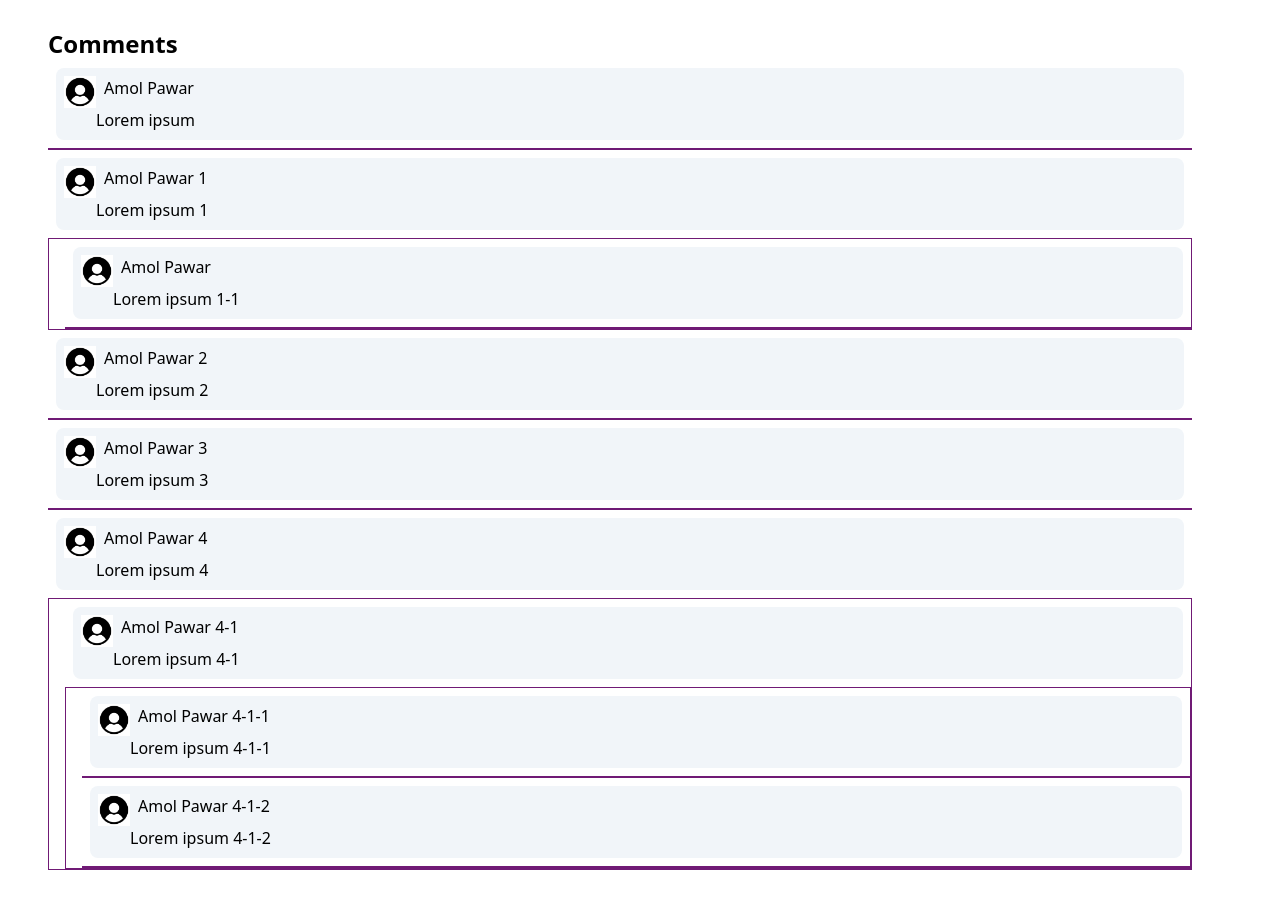
Repository: AmolPawar7181/namaste-youtube
Page: /watch
The author's editor kept a copy of each file at every save. The page is drawn from the files as they stood at one save, then again after the next save.
The browser window is 1280 px wide. The pictures show the part of the page from y = 574 to 1472 px (the page is 1472 px tall).
The project was rebuilt for these pictures with package versions that can differ from the ones it lists, and the page was loaded fresh each time. Also part of the build but not shown: vite.config.ts, src/components/Button.tsx, src/components/ButtonList.tsx, src/components/VideoCard.tsx, src/components/VideoContainer.tsx, src/components/MainContainer.tsx.

Above is the page before, as saved 2023-03-27 16:31:05.

### index.html
<!DOCTYPE html>
<html lang="en">
	<head>
		<meta charset="UTF-8" />
		<link rel="icon" type="image/svg+xml" href="/vite.svg" />
		<meta name="viewport" content="width=device-width, initial-scale=1.0" />
		<title>Youtube</title>
	</head>
	<body>
		<div id="root"></div>
		<script type="module" src="/src/main.tsx"></script>
	</body>
</html>

### src/App.tsx
import {Provider} from 'react-redux';
import {createBrowserRouter, RouterProvider} from 'react-router-dom';
import Body from './components/Body';
import Head from './components/Head';
import MainContainer from './components/MainContainer';
import SideBar from './components/SideBar';
import Watch from './components/Watch';
import './index.css';
import store from './utils/store';

const appRouter = createBrowserRouter([
	{
		path: '/',
		element: <Body />,
		children: [
			{
				path: '/',
				element: <MainContainer />,
			},
			{
				path: '/watch',
				element: <Watch />,
			},
		],
	},
]);

function App() {
	return (
		<Provider store={store}>
			<Head />
			<RouterProvider router={appRouter} />
		</Provider>
	);
}

export default App;

### src/components/Body.tsx
import {Outlet} from 'react-router-dom';
import SideBar from './SideBar';

const Body = () => {
	return (
		<div className='flex'>
			<SideBar />
			<Outlet />
		</div>
	);
};

export default Body;

### src/components/Head.tsx
import {useEffect, useState} from 'react';
import {useSelector} from 'react-redux';
import {useDispatch} from 'react-redux';
import useDebounce from '../hooks/useDebounce';
import {toggleMenu} from '../utils/appSlice';
import {YOUTUBE_SEARCH_API} from '../utils/Constants';
import {cacheResults} from '../utils/searchSlice';
import {RootState} from '../utils/types';

const Head = () => {
	const dispatch = useDispatch();
	const toggleMenuHandler = () => {
		dispatch(toggleMenu());
	};
	const searchCache = useSelector((store: RootState) => store.search);
	//console.log('searchCache ', searchCache);

	const [searchQuery, setSearchQuery] = useState('');
	const [searchSuggetions, setSearchSuggetions] = useState([]);
	const [showSuggetions, setShowSuggetions] = useState(false);
	const getSearchSuggetions = async () => {
		// if there is any value in searchQuery
		if (searchQuery) {
			// return results from cahce if we have results in cache
			if (searchCache[searchQuery]) {
				setSearchSuggetions(searchCache[searchQuery]);
				return;
			}
			// else make an API call
			const data = await fetch(YOUTUBE_SEARCH_API + searchQuery);
			const json = await data.json();
			setSearchSuggetions(json[1]);
			dispatch(cacheResults({[searchQuery]: json[1]}));
		}
	};

	useDebounce(searchQuery, 200, getSearchSuggetions);

	return (
		<div className='grid grid-flow-col p-2 m-2 shadow-lg'>
			<div className='flex col-span-1 cursor-pointer'>
				<img
					onClick={() => toggleMenuHandler()}
					className='h-8'
					src='data:[embedded picture, 558 characters]'
					alt='menu'
				/>
				<img
					className='h-10 mx-2'
					src='data:[embedded picture, 4610 characters]'
					alt='Youtube'
				/>
			</div>
			<div className='col-span-10 px-10'>
				<input
					className='px-5 w-1/2 border border-gray-400 p-2 rounded-l-full'
					type='text'
					value={searchQuery}
					onChange={(e) => setSearchQuery(e.target.value)}
					onFocus={() => setShowSuggetions(true)}
					onBlur={() => setShowSuggetions(false)}
				/>
				<button className=' border border-gray-400 p-2 rounded-r-full bg-gray-100'>
					Search
				</button>
				{searchSuggetions && searchSuggetions.length > 0 && showSuggetions ? (
					<div className='absolute bg-white w-1/3 p-2'>
						<ul>
							{searchSuggetions.map((result, index) => (
								<li key={index}> {result}</li>
							))}
						</ul>
					</div>
				) : null}
			</div>
			<div className='col-span-1'>
				<img
					className='h-8'
					alt='user'
					src='data:[embedded picture, 3630 characters]'
				/>
			</div>
		</div>
	);
};

export default Head;

### src/components/Watch.tsx
import {useEffect} from 'react';
import {useDispatch} from 'react-redux';
import {useSearchParams} from 'react-router-dom';
import {closeMenu} from '../utils/appSlice';
import CommentsContainer from './CommentsContainer';

const Watch = () => {
	const [searchParams] = useSearchParams();
	console.log('searchParams ', searchParams.get('v'));
	const dispatch = useDispatch();
	useEffect(() => {
		dispatch(closeMenu());
	});

	return (
		<div className='px-5'>
			<iframe
				width='1200'
				height='500'
				src={'https://www.youtube.com/embed/' + searchParams.get('v')}
				title='YouTube video player'
				frameBorder='0'
				allow='accelerometer; autoplay; clipboard-write; encrypted-media; gyroscope; picture-in-picture; web-share'
				allowFullScreen
			></iframe>
			<CommentsContainer />
		</div>
	);
};

export default Watch;

### src/utils/store.tsx
import {configureStore} from '@reduxjs/toolkit';
import appSlice from './appSlice';
import searchSlice from './searchSlice';

const store = configureStore({
	reducer: {
		app: appSlice,
		search: searchSlice,
	},
});

export default store;

### src/components/SideBar.tsx
import {useSelector} from 'react-redux';
import {RootState} from '../utils/types';
import {Link} from 'react-router-dom';

const SideBar = () => {
	const isMenuOpen = useSelector((store: RootState) => store.app.isMenuOpen);
	if (!isMenuOpen) return null;
	return (
		<div className='p-5 shadow-lg w-48 h-auto'>
			<ul>
				<li>
					<Link to='/'>Home </Link>
				</li>
				<li>Shorts</li>
				<li>Videos</li>
				<li>Live</li>
			</ul>
			<h1 className='font-bold pt-5'>Subscriptions</h1>
			<ul>
				<li>Music</li>
				<li>Sports</li>
				<li>Gaming</li>
				<li>movies</li>
			</ul>
			<h1 className='font-bold pt-5'>Watch Later</h1>
			<ul>
				<li>Music</li>
				<li>Sports</li>
				<li>Gaming</li>
				<li>movies</li>
			</ul>
		</div>
	);
};

export default SideBar;

### src/hooks/useDebounce.tsx
import {useEffect} from 'react';

const useDebounce = (text: string, time = 200, cb: Function) => {
	useEffect(() => {
		const timer = setTimeout(cb, time);

		return () => {
			clearTimeout(timer);
		};
	}, [text]);

	return;
};

export default useDebounce;

### src/utils/appSlice.tsx
import {createSlice, PayloadAction} from '@reduxjs/toolkit';
import {MenuState} from './types';

const initialState: MenuState = {
	isMenuOpen: true,
};

const appSlice = createSlice({
	name: 'app',
	initialState,
	reducers: {
		toggleMenu: (state) => {
			state.isMenuOpen = !state.isMenuOpen;
		},
		closeMenu: (state) => {
			state.isMenuOpen = false;
		},
		openMenu: (state) => {
			state.isMenuOpen = true;
		},
	},
});

export const {toggleMenu, closeMenu, openMenu} = appSlice.actions;
export default appSlice.reducer;

### src/utils/Constants.tsx
const GOOGLE_API_KEY = 'AIzaSyA_GI28dgw1cDtZb02UPCc75R2PI81KM0s';
export const YOUTUBE_VIDEOS_API =
	'https://youtube.googleapis.com/youtube/v3/videos?part=snippet%2CcontentDetails%2Cstatistics&chart=mostPopular&regionCode=IN&maxResults=50&key=' +
	GOOGLE_API_KEY;
export const YOUTUBE_SEARCH_API =
	'http://suggestqueries.google.com/complete/search?client=firefox&ds=yt&q=';

### src/utils/searchSlice.tsx
import {createSlice} from '@reduxjs/toolkit';

const searchSlide = createSlice({
	name: 'search',
	initialState: {},
	reducers: {
		cacheResults: (state, action) => {
			if (action.payload !== ' ') state = Object.assign(state, action.payload);
		},
	},
});

export const {cacheResults} = searchSlide.actions;
export default searchSlide.reducer;

### src/components/CommentsContainer.tsx
import CommentList from './CommentList';

const commentsData = [
	{
		name: 'Amol Pawar',
		text: 'Lorem ipsum',
		replies: [],
	},
	{
		name: 'Amol Pawar 1',
		text: 'Lorem ipsum 1',
		replies: [
			{
				name: 'Amol Pawar',
				text: 'Lorem ipsum 1-1',
				replies: [],
			},
		],
	},
	{
		name: 'Amol Pawar 2',
		text: 'Lorem ipsum 2',
		replies: [],
	},
	{
		name: 'Amol Pawar 3',
		text: 'Lorem ipsum 3',
		replies: [],
	},
	{
		name: 'Amol Pawar 4',
		text: 'Lorem ipsum 4',
		replies: [
			{
				name: 'Amol Pawar 4-1',
				text: 'Lorem ipsum 4-1',
				replies: [
					{
						name: 'Amol Pawar 4-1-1',
						text: 'Lorem ipsum 4-1-1',
						replies: [],
					},
					{
						name: 'Amol Pawar 4-1-2',
						text: 'Lorem ipsum 4-1-2',
						replies: [],
					},
				],
			},
		],
	},
];

const CommentsContainer = () => {
	return (
		<div className='m-5 p-2'>
			<h1 className='text-2xl font-bold'>Comments</h1>
			<CommentList comments={commentsData} />
		</div>
	);
};

export default CommentsContainer;

### src/components/CommentList.tsx
import Comment from './Comment';

const CommentList = ({comments}: {comments: any}) => {
	return (
		<div>
			{comments.map((comment: any, index: number) => (
				<div key={index}>
					<Comment data={comment} />
					<div className='pl-4 border border-l border-fuchsia-900'>
						<CommentList comments={comment.replies} />
					</div>
				</div>
			))}
		</div>
	);
};

export default CommentList;

### src/components/Comment.tsx
import React from 'react';

const Comment = ({data}: {data: any}) => {
	return (
		<div className='p-2 m-2 bg-slate-100 rounded-lg'>
			<div className='flex'>
				<img
					className='h-8'
					alt='user'
					src='data:[embedded picture, 3630 characters]'
				/>
				<span className='pl-2'>{data.name}</span>
			</div>
			<div className='pl-8'>{data.text}</div>
		</div>
	);
};

export default Comment;

### tailwind.config.cjs
/** @type {import('tailwindcss').Config} */
module.exports = {
  content: [
    "./index.html",
  "./src/**/*.{js,ts,jsx,tsx}",],
  theme: {
    extend: {},
  },
  plugins: [],
}

Loaded but not shown: src/main.tsx (common file); src/index.css (common file)

After the next save:
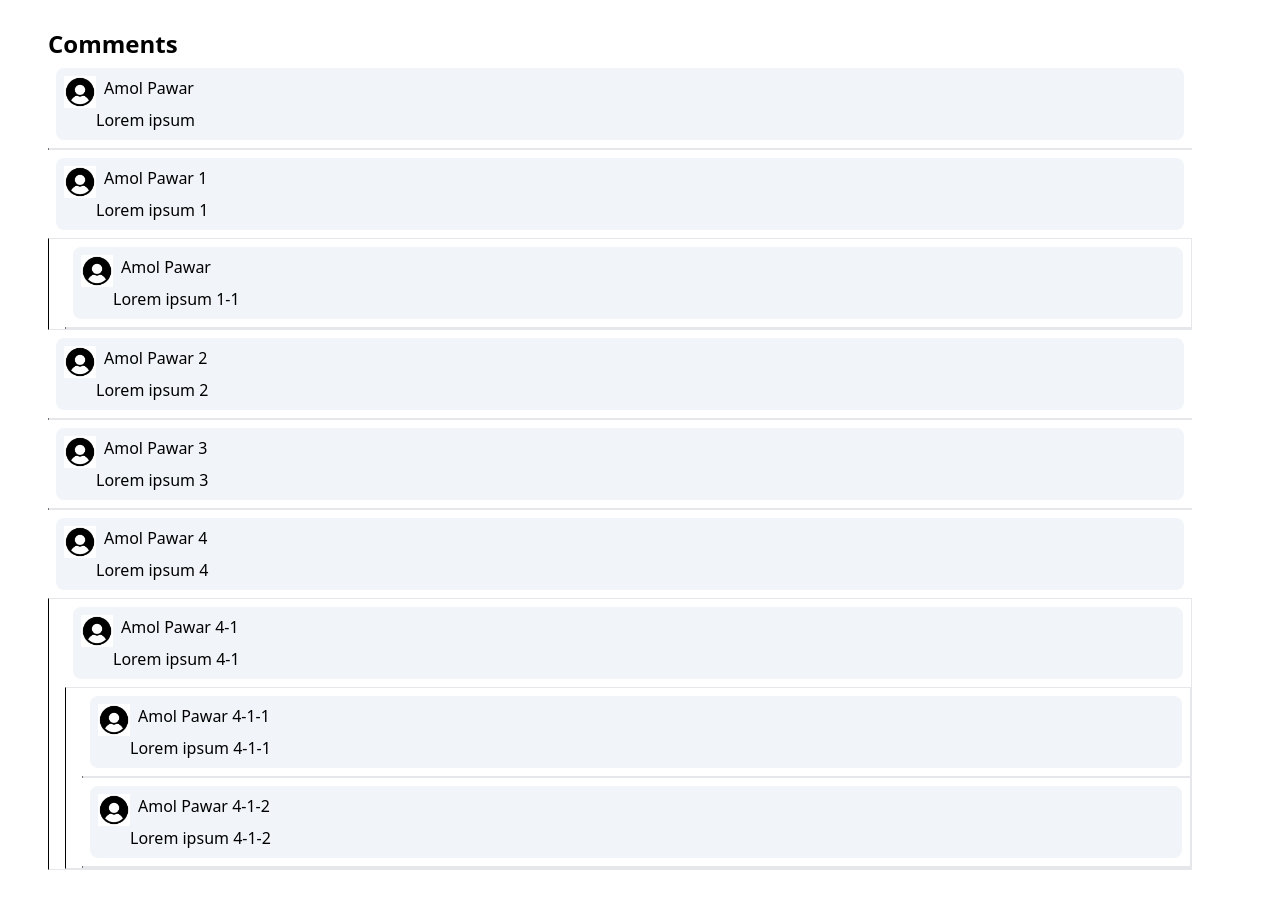
Saved 31 s later.
--- a/src/components/CommentList.tsx
+++ b/src/components/CommentList.tsx
@@ -6,7 +6,7 @@
 			{comments.map((comment: any, index: number) => (
 				<div key={index}>
 					<Comment data={comment} />
-					<div className='pl-4 border border-l border-fuchsia-900'>
+					<div className='pl-4 border border-l-black'>
 						<CommentList comments={comment.replies} />
 					</div>
 				</div>
